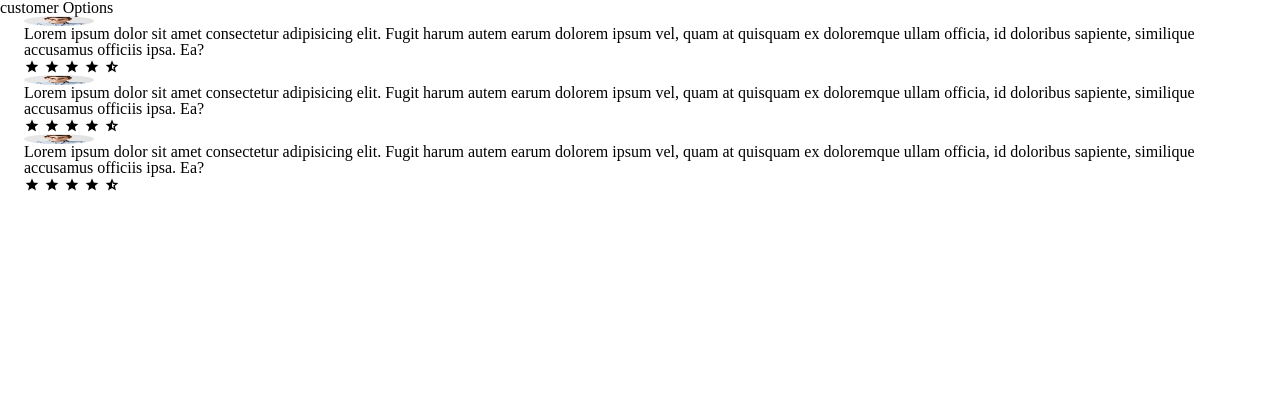
Repository: dinhhaidh/slider-3
Page: index.html
These files come from the project's save history. The page is drawn as it stood at one moment and after the next save; the edit follows.
The browser window is 1280 px wide. The pictures show the whole page.

Above is the page before, as saved 2024-03-22 20:12:03.

### index.html
<!DOCTYPE html>
<html lang="en">
<head>
    <meta charset="UTF-8">
    <meta name="viewport" content="width=device-width, initial-scale=1.0">
    <title>Document</title>
    <link rel="stylesheet" href="https://cdnjs.cloudflare.com/ajax/libs/remixicon/4.2.0/remixicon.min.css">

    <link rel="stylesheet" href="style.css">

</head>
<body>
    <div class="customer">
        <h3 class="customer__title">customer Options</h3>
        <div class="customer__container container">
            <div class="customer__swiper">
                <div>
                    <article class="customer__article">
                        <img src="./img1.png" alt="image" class="customer__img">

                        <p>
                            Lorem ipsum dolor sit amet consectetur adipisicing elit. Fugit harum autem earum dolorem ipsum vel, quam at quisquam ex doloremque ullam officia, id doloribus sapiente, similique accusamus officiis ipsa. Ea?
                        </p>

                        <div class="customer__star">
                            <i class="ri-star-s-fill"></i>
                            <i class="ri-star-s-fill"></i>
                            <i class="ri-star-s-fill"></i>
                            <i class="ri-star-s-fill"></i>
                            <i class="ri-star-half-s-line"></i>
                        </div>
                    </article>
                    <article class="customer__article">
                        <img src="./img1.png" alt="image" class="customer__img">

                        <p>
                            Lorem ipsum dolor sit amet consectetur adipisicing elit. Fugit harum autem earum dolorem ipsum vel, quam at quisquam ex doloremque ullam officia, id doloribus sapiente, similique accusamus officiis ipsa. Ea?
                        </p>

                        <div class="customer__star">
                            <i class="ri-star-s-fill"></i>
                            <i class="ri-star-s-fill"></i>
                            <i class="ri-star-s-fill"></i>
                            <i class="ri-star-s-fill"></i>
                            <i class="ri-star-half-s-line"></i>
                        </div>
                    </article>
                    <article class="customer__article">
                        <img src="./img1.png" alt="image" class="customer__img">

                        <p>
                            Lorem ipsum dolor sit amet consectetur adipisicing elit. Fugit harum autem earum dolorem ipsum vel, quam at quisquam ex doloremque ullam officia, id doloribus sapiente, similique accusamus officiis ipsa. Ea?
                        </p>

                        <div class="customer__star">
                            <i class="ri-star-s-fill"></i>
                            <i class="ri-star-s-fill"></i>
                            <i class="ri-star-s-fill"></i>
                            <i class="ri-star-s-fill"></i>
                            <i class="ri-star-half-s-line"></i>
                        </div>
                    </article>
                </div>
            </div>
        </div>
    </div>
</body>
</html>

### style.css
*,
*:before,
*:after {
  box-sizing: border-box;
}
* {
  margin: 0;
  padding: 0;
  font: inherit;
}
img,
picture,
svg,
video {
  display: block;
  max-width: 100%;
}
input,
select,
textarea {
  background-color: transparent;
  outline: none;
}
button {
  cursor: pointer;
  background-color: transparent;
  outline: none;
  border: 0;
}
body {
  min-height: 100vh;
  font-weight: 400;
  font-size: 16px;
  line-height: 1;
}


.container{
    max-width: 1220px;
    Margin-inline: 1.5rem;
}

.customer{

}
.customer__title{

}
.customer__container{

}

.customer__swiper{

}
.customer__article{

}
.customer__img{
    width: 70px;
    height: 10px;
    border-radius: 50%;
}
.customer__star{

}
.ri-star-s-fill{

}
.ri-star-half-s-line{

}

After the next save:
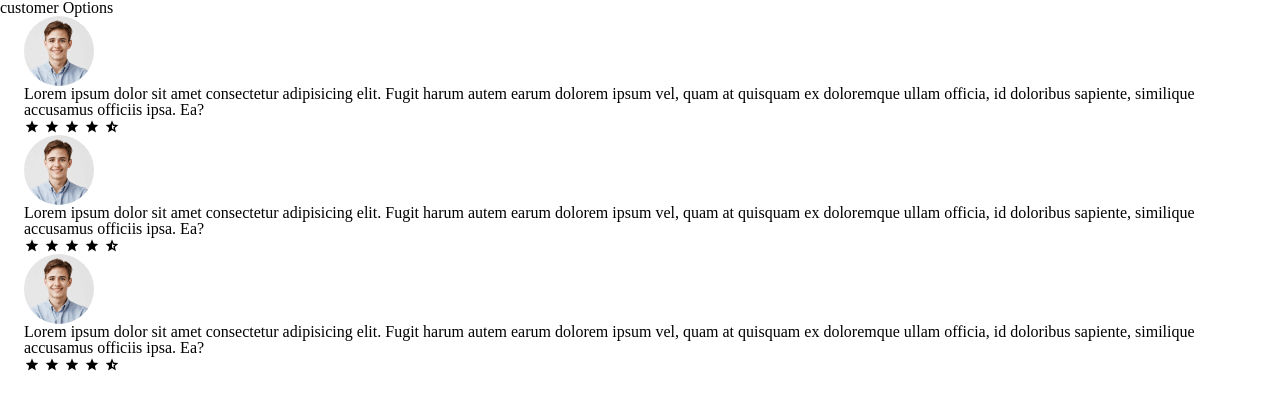
Saved 9 s later.
--- a/style.css
+++ b/style.css
@@ -58,7 +58,7 @@ body {
 }
 .customer__img{
     width: 70px;
-    height: 10px;
+    height: 70px;
     border-radius: 50%;
 }
 .customer__star{
